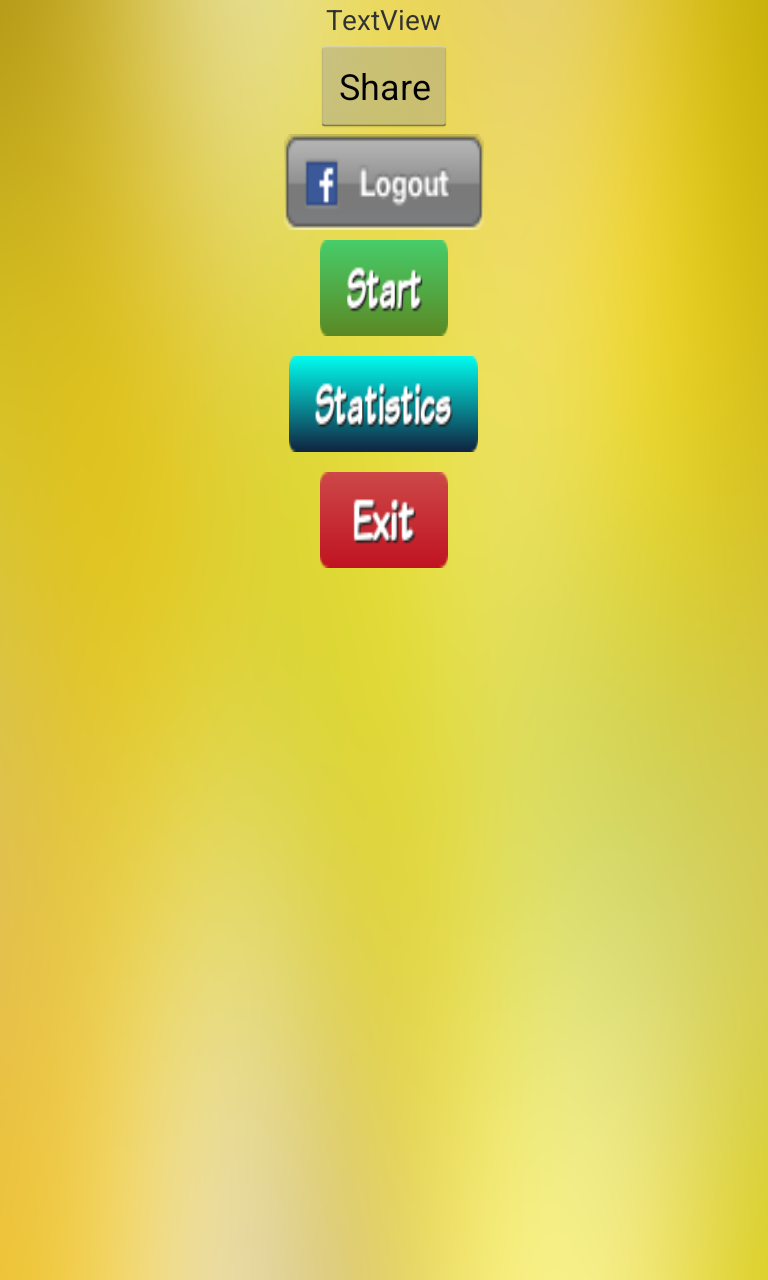
Repository: kingstonbg/workspaceAndroid
Layout: TaxiRoute/res/layout/activity_main_menu.xml
The author's editor kept a copy of each file at every save. The layout is drawn from the files as they stood at one save, then again after the next save.
It is drawn on a 768 x 1280 px phone screen (xhdpi) without system bars, with theme AppTheme; the app's code is not run.

Above is the layout before, as saved 2013-02-18 14:43:14.

After the next save:
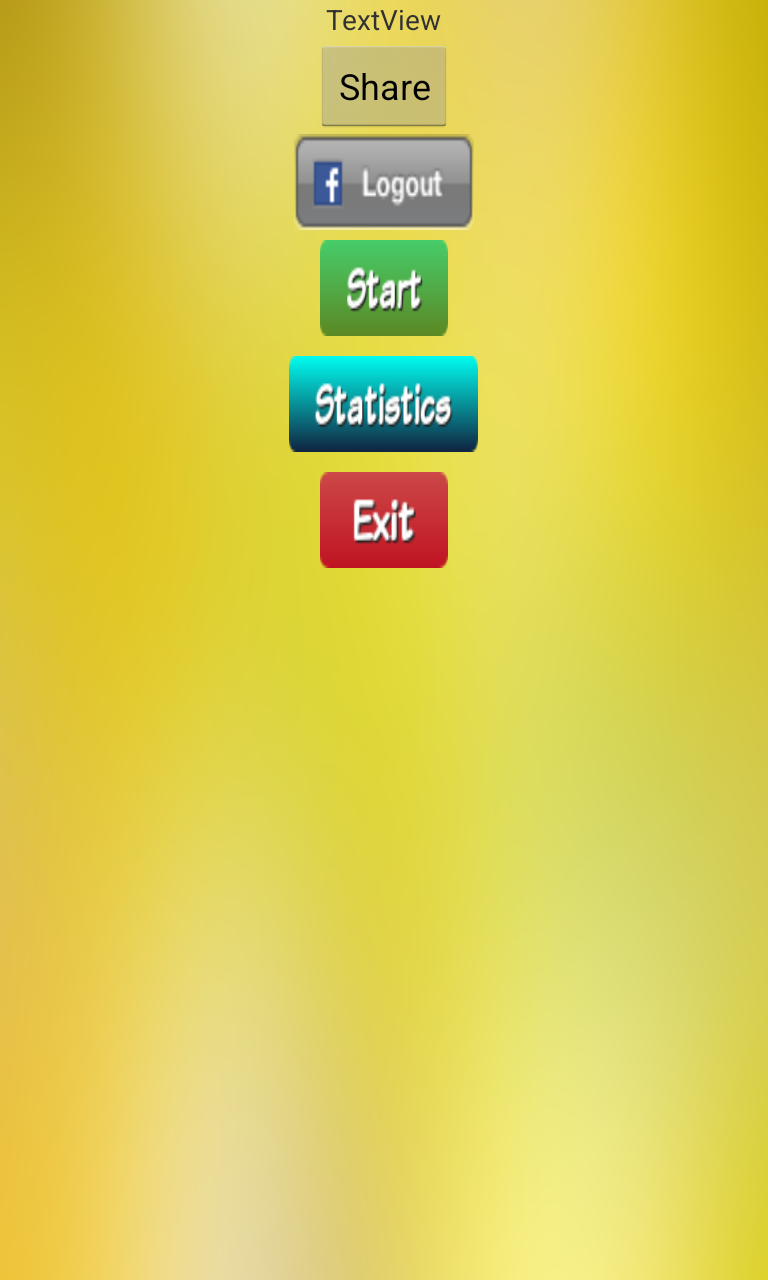
Saved 9 s later.
--- a/TaxiRoute/res/layout/activity_main_menu.xml
+++ b/TaxiRoute/res/layout/activity_main_menu.xml
@@ -20,7 +20,7 @@
 
     <Button
         android:id="@+id/btn_clear_credentials"
-        android:layout_width="100dp"
+        android:layout_width="90dp"
         android:layout_height="wrap_content"
         android:background="@drawable/logout" />
 
